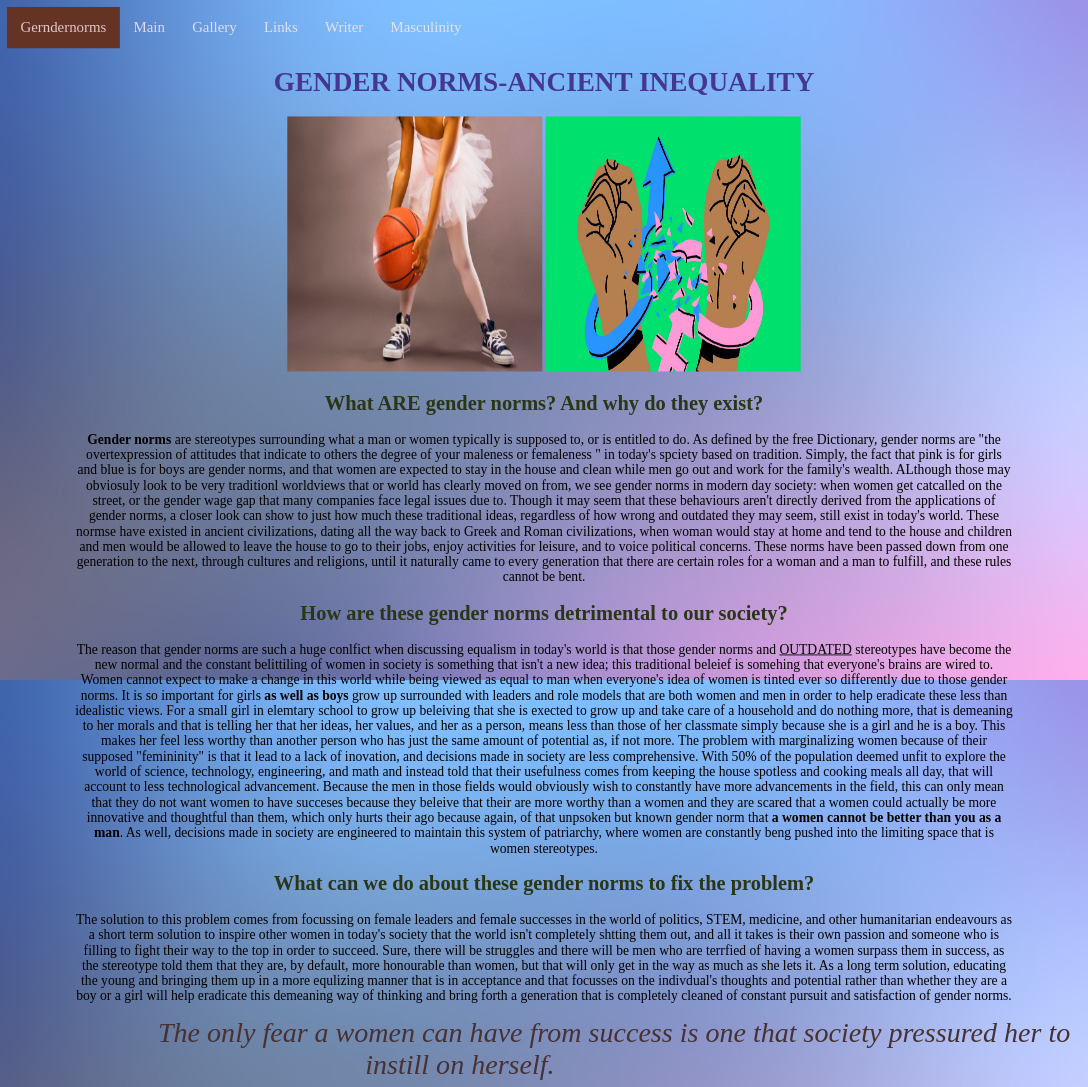
Repository: Lujaina-E/womens-rights-site
Page: gendernorms.html
An editor plug-in stored every save of this project. The page is shown before and after a run of saves, followed by the edit.
The browser window is 1280 px wide. The pictures show the whole page, at 85% of full size.
Backgrounds fixed to the window are drawn as part of the page.

Above is the page before, as saved 2022-07-26 00:10:39.

### gendernorms.html
<!DOCTYPE html>
<html lang="en">
    <head>
        <title>gendernorms</title>
            <link rel="stylesheet" type="text/css" href="gendernormsStyle.css"/>
    </head>

    <div class="topnav" id="myTopnav">
        <a href="gendernorms.html" class="active">Gerndernorms</a>
        <a href="index.html">Main</a>
        <a href="gallery.html">Gallery</a>
        <a href="links.html">Links</a>
        <a href="founder.html">Writer</a>
        <a href="masculinity.html">Masculinity</a>
        <a href="javascript:void(0);" class="icon" onclick="myFunction()">
            <i class="fa fa-bars"></i>
        </a>
    </div>
    <body>
        <h1 id="pageTitle">GENDER NORMS-ANCIENT INEQUALITY</h1>
            <img id="photoID" src="Pictures/ballerina.jpg" alt="Please stand by and restart the page while you experience this error.">
            <img id="photoID" src="Pictures/hands.jpg" alt="Please stand by and restart the page while you experience this error.">

            <h2 class="heads">What ARE gender norms? And why do they exist?</h2>
                <p><b>Gender norms</b> are stereotypes surrounding what a man or women typically is supposed to, or is entitled to do. As defined by the free Dictionary, gender norms are "the
                overtexpression of attitudes that indicate to others the degree of your maleness or femaleness " in today's spciety based on tradition. Simply, the fact that pink is for girls
                and blue is for boys are gender norms, and that women are expected to stay in the house and clean while men go out and work for the family's wealth. ALthough those may obviosuly
                look to be very traditionl worldviews that or world has clearly moved on from, we see gender norms in modern day society: when women get catcalled on the street, or the gender
                wage gap that many companies face legal issues due to. Though it may seem that these behaviours aren't directly derived from the applications of gender norms, a closer look can
                show to just how much these traditional ideas, regardless of how wrong and outdated they may seem, still exist in today's world. These normse have existed in ancient civilizations,
                dating all the way back to Greek and Roman civilizations, when woman would stay at home and tend to the house and children and men would be allowed to leave the house to go to
                their jobs, enjoy activities for leisure, and to voice political concerns. These norms have been passed down from one generation to the next, through cultures and religions, until
                it naturally came to every generation that there are certain roles for a woman and a man to fulfill, and these rules cannot be bent.</p>
            <h2 class="heads"> How are these gender norms detrimental to our society?</h2>
                <p>The reason that gender norms are such a huge conlfict when discussing equalism in today's world is that those gender norms and <U>OUTDATED</U> stereotypes have become the new normal
                and the constant belittiling of women in society is something that isn't a new idea; this traditional beleief is somehing that everyone's brains are wired to. Women cannot expect to
                make a change in this world while being viewed as equal to man when everyone's idea of women is tinted ever so differently due to those gender norms. It is so important for girls
                <b>as well as boys</b> grow up surrounded with leaders and role models that are both women and men in order to help eradicate these less than idealistic views. For a small girl
                in elemtary school to grow up beleiving that she is exected to grow up and take care of a household and do nothing more, that is demeaning to her morals and that is telling her
                that her ideas, her values, and her as a person, means less than those of her classmate simply because she is a girl and he is a boy. This makes her feel less worthy than another
                person who has just the same amount of potential as, if not more. The problem with marginalizing women because of their supposed "femininity" is that it lead to a lack of inovation,
                and decisions made in society are less comprehensive. With 50% of the population deemed unfit to explore the world of science, technology, engineering, and math and instead told that
                their usefulness comes from keeping the house spotless and cooking meals all day, that will account to less technological advancement. Because the men in those fields would obviously wish to
                constantly have more advancements in the field, this can only mean that they do not want women to have succeses because they beleive that their are more worthy than a women and they are scared
                that a women could actually be more innovative and thoughtful than them, which only hurts their ago because again, of that unpsoken but known gender norm that <b>a women cannot be better than
                you as a man</b>. As well, decisions made in society are engineered to maintain this system of patriarchy, where women are constantly beng pushed into the limiting space  that is women stereotypes.</p>
            <h2 class="heads">What can we do about these gender norms to fix the problem?</h2>
                <p>The solution to this problem comes from focussing on female leaders and female successes in the world of politics, STEM, medicine, and other humanitarian endeavours as a short term solution
                to inspire other women in today's society that the world isn't completely shtting them out, and all it takes is their own passion and someone who is filling to fight their way to the top in order
                to succeed. Sure, there will be struggles and there will be men who are terrfied of having a women surpass them in success, as the stereotype told them that they are, by default, more honourable than
                women, but that will only get in the way as much as she lets it. As a long term solution, educating the young and bringing them up in a more equlizing manner that is in acceptance and that
                focusses on the indivdual's thoughts and potential rather than whether they are a boy or a girl will help eradicate this demeaning way of thinking and bring forth a generation that is completely cleaned of
                constant pursuit and satisfaction of gender norms.</p>

    <i>The only fear a women can have from success is one that society pressured her to instill on herself.</i>
    </body>
</html>

### gendernormsStyle.css
body {
    font-family: Times New Roman;
    text-align: center;
    background-color: lavenderblush;
    background-image: url('Pictures/backdrop.jpg');
    background-repeat: no-repeat;
    background-position: center center;
    background-size: cover;
    background-attachment: fixed;
}

#pageTitle {
      color: rgb(68, 55, 146);
}

#photoID {
    width: 300px;
    height: 300px;
}

.heads{
    color:rgb(42, 54, 21);
    margin-left: 5em;
    margin-right: 5em;
}

body > p{
  margin-left: 5em;
  margin-right: 5em;
}

body > i{
    font-size: 33px;
    color: rgb(71, 49, 52);
    margin-left: 5em;
    margin-right: 6em;

}

.topnav {
  overflow: hidden;
}

.topnav a {
  float: left;
  display: block;
  color: rgba(247, 235, 235, 0.829);
  text-align: center;
  padding: 14px 16px;
  text-decoration: none;
  font-size: 17.5px;
}

.topnav a:hover {
  color: rgb(88, 26, 26);
}

.topnav a.active {
  background-color: #643324;
  color: rgba(247, 235, 235, 0.829);
}

.topnav .icon {
  display: none;
}

@media screen and (max-width: 600px) {
    .topnav a:not(:first-child) {display: none;}
    .topnav a.icon {
    float: right;
    display: block;
    }
}

@media screen and (max-width: 600px) {
    .topnav.responsive {position: relative;}
    .topnav.responsive a.icon {
    position: absolute;
    right: 0;
    top: 0;
    }
    .topnav.responsive a {
    float: none;
    display: block;
    text-align: left;
    }
}

After the next 2 saves:
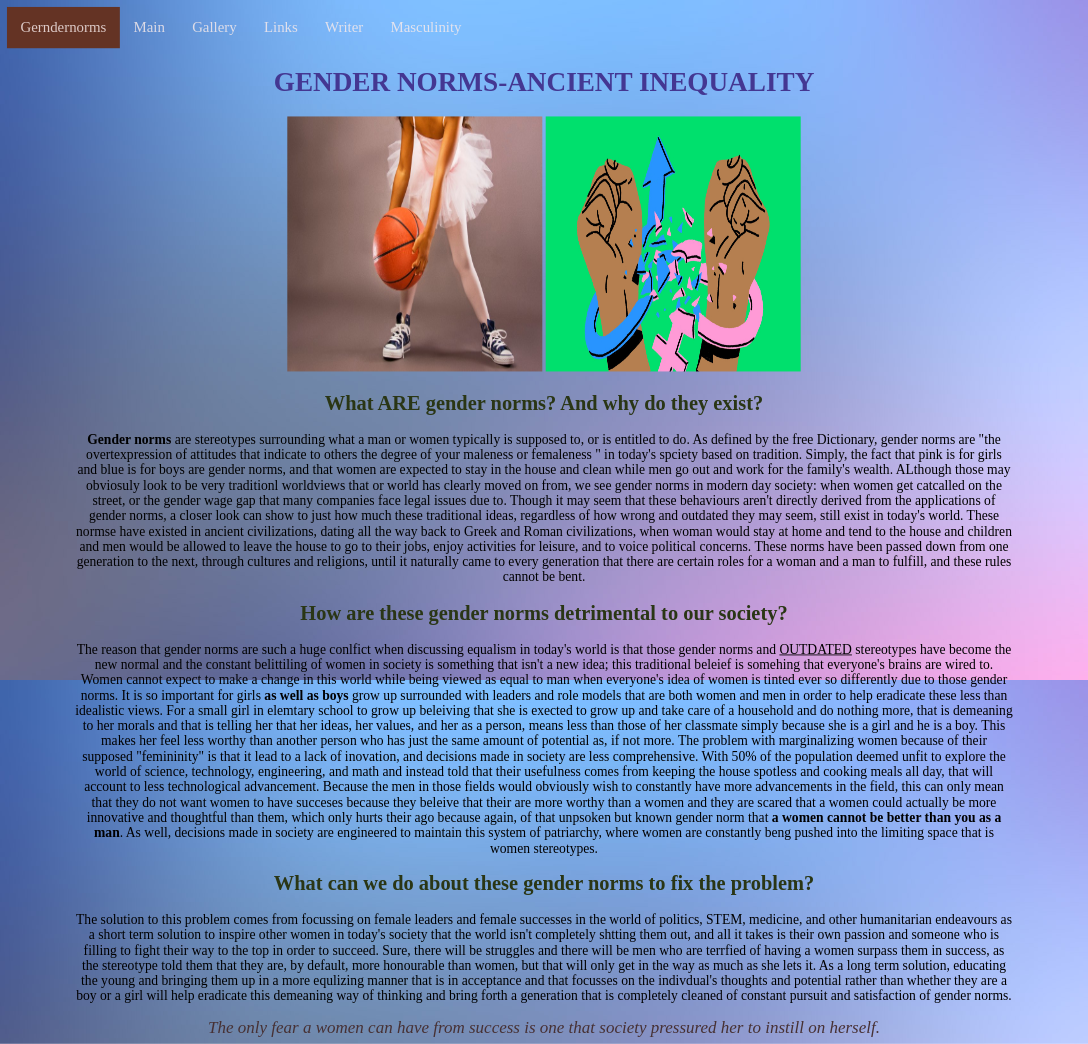
The 2 saves are shown as one change because they came seconds apart.
The last was saved 8 s later.
--- a/gendernormsStyle.css
+++ b/gendernormsStyle.css
@@ -30,10 +30,9 @@ body > p{
 }
 
 body > i{
-    font-size: 33px;
+    font-size: 20px;
     color: rgb(71, 49, 52);
-    margin-left: 5em;
-    margin-right: 6em;
+
 
 }
 
